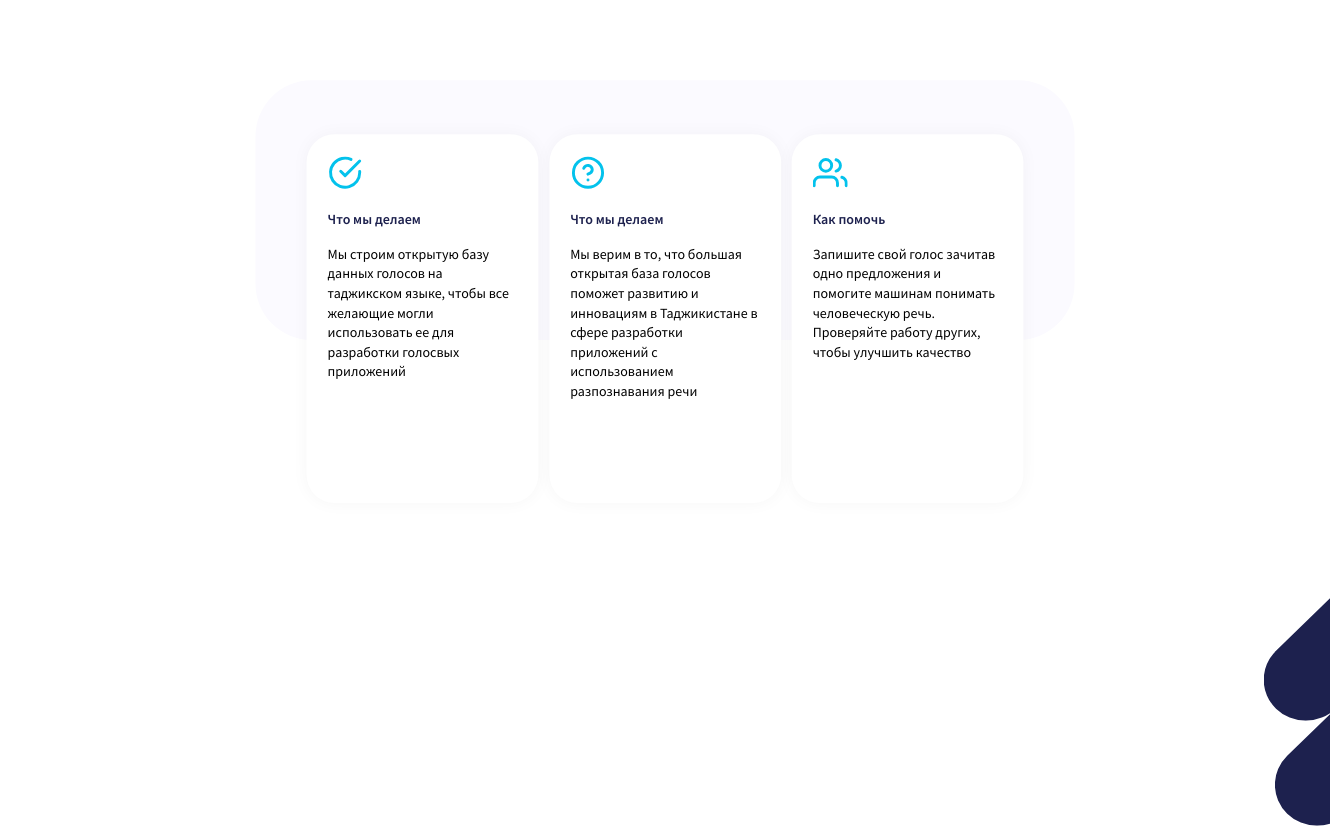
Repository: Amin444/Paymona-Sadp
Page: index.html
These files come from the project's save history. The page is drawn as it stood at one moment and after the next save; the edit follows.
The browser window is 1280 px wide. The page is 1900 px wide, so the pictures cover 1900 px, including what lies to the right of the window. The pictures show the part of the page from y = 884 to 2164 px (the page is 2064 px tall before and 2164 px after), at 70% of full size.

Above is the page before, as saved 2021-11-11 18:00:31.

### index.html
<!DOCTYPE html>
<html lang="en">
<head>
  <meta charset="UTF-8">
  <link rel="stylesheet" href="./style.css">
  <meta http-equiv="X-UA-Compatible" content="IE=edge">
  <meta name="viewport" content="width=device-width, initial-scale=1.0">
  <title>Paymona Sado</title>
</head>
<body>

  <div class="root">

    <div class="container">


        <div class="header">
          <div class="logoBlock">
            <img src="./img/logo.svg" class="logo" alt="">
            <p class='textLogo'>Paymona</p>
          </div>

          <div class="menu">
             <div class="items">Сделайте вклад</div>
             <div class="items">База данных</div>
             <div class="items border">Войти</div>
          </div>

        </div>

         <div class="elips">
           <svg width="120" height="285" viewBox="0 0 120 285" fill="none" xmlns="http://www.w3.org/2000/svg">
             <path d="M285 -1.24577e-05C247.573 -1.08218e-05 210.513 7.37176 175.935 21.6943C141.357 36.0169 109.939 57.0099 83.4745 83.4746C57.0098 109.939 36.0169 141.357 21.6943 175.935C7.37172 210.513 -1.57297e-05 247.573 -1.24577e-05 285L285 285L285 -1.24577e-05Z" fill="#1D214E"/>
           </svg>
         </div>

         <div class="rectangle2">
           <svg width="79" height="365" viewBox="0 0 79 365" fill="none" xmlns="http://www.w3.org/2000/svg">
             <rect width="118.426" height="472.716" rx="59.2128" transform="matrix(0.716507 0.69758 -0.716507 0.69758 18.7041 -24)" fill="#1D214E"/>
           </svg>

         </div>

         <div class="rectangle">
            <svg width="95" height="365" viewBox="0 0 95 365" fill="none" xmlns="http://www.w3.org/2000/svg">
             <rect width="118.426" height="472.716" rx="59.2128" transform="matrix(0.716507 0.69758 -0.716507 0.69758 34.7041 -24)" fill="#1D214E"/>
            </svg>
         </div>

        <div class="title">
           <h1>Овози дастрас</h1>
           <p class="desc">Открытый проект по <blue>обучению</blue> машин понимания <br> речи и текста на таджикском языке</p>
        </div>

        <div class="Listen-and-record">
           <div class="record-block">
              <div class="circles">
                <div class="imgBlock">
                  <img src="./img/Group.svg" class="asd" >
                </div>
              </div>
              <span class="text">Записав свой голос, вы помогаете улучшить систему по распознанию таджикской речи</span>
           </div>

           <hr>

           <div class="record-block">
              <div class="circles">
                <div class='imgBlock'>
                  <img src="./img/Group2.svg" class="asd" >
                </div>
              </div>
              <span class="text"> Послушайте и оцените правильность записанных текстов</span>
           </div>
        </div>

        <div class="how-we-do">
          <div class="bag">
            <div class="visible">
              <img src="./img/check-circle.svg">
              <p class="card-title">Что мы делаем</p>
              <p class="card-text">Мы строим открытую базу данных
                 голосов на таджикском языке,
                 чтобы все желающие могли использовать
                 ее для разработки голосвых приложений</p>
            </div>
            <div class="visible">
              <img src="./img/Group3.svg">
              <p class="card-title">Что мы делаем</p>
              <p class="card-text">Мы верим в то, что большая открытая база
                 голосов поможет развитию и инновациям в Таджикистане
                 в сфере разработки приложений с использованием разпознавания речи</p>
            </div>
            <div class="visible">
              <img src="./img/Group4.svg">
              <p class="card-title">Как помочь</p>
              <p class="card-text">Запишите свой голос зачитав одно
                предложения и помогите машинам понимать человеческую речь.
                 Проверяйте работу других, чтобы улучшить качество</p>
            </div>
          </div>
        </div>

        <div class="ewq">
          <img src="./img/Rectangle.svg" class='qwe'>
          <img src="./img/Rectangle2.svg" class='qwe2'>
          <div class="work-block">
          </div>
        </div>

      </div>
  </div>
</body>
</html>

### style.css
@import url('https://fonts.googleapis.com/css2?family=Source+Sans+Pro:ital,wght@0,200;0,300;0,400;0,600;0,700;0,900;1,200;1,300;1,400;1,600;1,700;1,900&display=swap');

*{
  margin: 0;
  padding: 0;
  border: none;
  outline: none;
  font-family: 'Source Sans Pro', sans-serif;
  font-weight: 500;

}

.root{
  width: 1900px;
  display: flex;
  justify-content: center;
}
.container{
  width: 100%;
}

.header{
  height: 90px;
  padding: 0 40px;
  display: flex;
  align-items: center;
  justify-content: space-between;
}

.textLogo{
  color: #1D214E;
  font-weight: 700;
  font-size: 28px;
  line-height: 35px;
}

.logo{
  width: 40px;
  height: 40px;
}
.logoBlock{
  width:170px;
  display: flex;
  justify-content: space-between;
}
.menu{
  display: flex;
  gap: 40px;
  align-items: center;
  font-weight: 400;
  font-size: 20px;
  line-height:25px;
}
.items{
  cursor: pointer;
}
.border{
  padding: 8px 12px;
  border: 1px solid rgba(73, 222, 255, 1);
  border-radius: 50px;
  font-weight: 600;
}
.title{
  margin-top: 72px;
  display: flex;
  flex-direction: column;
  align-items: center;
}

h1{
  color: rgba(29, 33, 78, 1);
  font-weight: 600;
  font-size: 60px;
  line-height:75px;
  margin-bottom: 20px;
}
.desc{
  font-weight: 400;
  font-size: 32px;
  text-align: center;
}
blue{
  color: rgba(3, 194, 236, 1);
}
.elips{
  position: absolute;
  right: 0;
  top: 198px;
}

.rectangle{
  position: absolute;
  top: 255px
}
.rectangle2{
  position: absolute;
  top: 451px
}

.Listen-and-record{
  margin-top: 150px;
  display: flex;
  justify-content: space-evenly;
}
.record-block{
  display: flex;
  align-items: center;
  flex-direction: column;
}

.circles{
  border-radius: 50%;
  box-shadow: 0px 8px 16px rgba(0, 160, 210, 0.16);
  background-color: #fff;
  width: 230px;
  height: 230px;
}
.imgBlock{
  width: 100%;
  height: 100%;
  display: flex;
  justify-content: center;
  align-items: center;
}
.asd{
  width: 40%;
  height: 40%;
}

.text{
  margin-top: 24px;
  display: block;
  text-align: center;
  width: 496px;
  font-weight: 400;
  font-size: 28px;
}
hr{
  border: 1px solid rgba(234, 243, 252, 1);
  height: 359px;
}

.how-we-do{
  margin-top: 150px;
  display: flex;
  justify-content: center;
  position: relative;
}

.bag{
  position: absolute;
  width: 80vw;
  height: 294px;
  background:#FBFAFF;
  border-radius: 80px;
  display: flex;
  justify-content: space-between;
  padding: 77px 73px 0 73px;
}
.visible{
  width: 271px;
  height:467px;
  box-shadow: 0px 0px 24px rgba(0, 0, 0, 0.04);
  border-radius: 40px;
  background:#fff;
  padding: 30px
}
.card-title{
  margin-top: 24px;
  font-weight: 600;
  font-size: 20px;
  color: rgba(29, 33, 78, 1)
}
.card-text{
  margin-top: 24px;
  font-weight: 400;
  font-size: 20px;
  line-height: 28px;
}
.ewq{
  position: relative;
}
.qwe{
  position: absolute;
  top: 550px;
  right: 0;
  transform: rotate(180deg);
}
.qwe2{
  position: absolute;
  top: 700px;
  right: 0;
  transform: rotate(180deg);
}

### img/logo.svg
<svg width="24" height="24" viewBox="0 0 24 24" fill="none" xmlns="http://www.w3.org/2000/svg">
<path d="M23.2727 11.9119V16.6433C23.2731 16.8543 23.2169 17.0618 23.1094 17.2464C23.0019 17.4309 22.8466 17.5864 22.6582 17.6981L12.3229 23.8128C12.1153 23.9351 11.8758 24 11.6314 24C11.387 24 11.1475 23.9351 10.9399 23.8128L0.616444 17.6943C0.427833 17.5828 0.272261 17.4273 0.164406 17.2428C0.0565516 17.0583 -2.98523e-05 16.8507 1.18183e-08 16.6396V11.9119C-3.13489e-05 11.6902 0.0623511 11.4726 0.180679 11.2816C0.299007 11.0906 0.468973 10.9331 0.672954 10.8255C0.876934 10.7179 1.1075 10.6641 1.34075 10.6696C1.574 10.6752 1.80144 10.7399 1.99949 10.8571L10.9399 16.1535C11.1475 16.2758 11.387 16.3407 11.6314 16.3407C11.8758 16.3407 12.1153 16.2758 12.3229 16.1535L21.2653 10.8571C21.4634 10.7373 21.6918 10.6704 21.9264 10.6636C22.1611 10.6567 22.3934 10.71 22.5989 10.818C22.8043 10.9259 22.9754 11.0845 23.0939 11.277C23.2125 11.4695 23.2743 11.6888 23.2727 11.9119Z" fill="#1D214E"/>
<path d="M10.9383 13.2688L1.76081 7.81102C1.57388 7.69908 1.41986 7.54397 1.31312 7.36018C1.20638 7.17639 1.15039 6.96991 1.15039 6.76C1.15039 6.5501 1.20638 6.34361 1.31312 6.15982C1.41986 5.97603 1.57388 5.82093 1.76081 5.70898L10.9344 0.193005C11.1431 0.0669478 11.3854 0 11.6328 0C11.8802 0 12.1224 0.0669478 12.3312 0.193005L21.5107 5.70898C21.6976 5.82093 21.8516 5.97603 21.9584 6.15982C22.0651 6.34361 22.1211 6.5501 22.1211 6.76C22.1211 6.96991 22.0651 7.17639 21.9584 7.36018C21.8516 7.54397 21.6976 7.69908 21.5107 7.81102L12.3253 13.2688C12.1173 13.3921 11.877 13.4575 11.6318 13.4575C11.3866 13.4575 11.1463 13.3921 10.9383 13.2688Z" fill="#1D214E"/>
</svg>

After the next save:
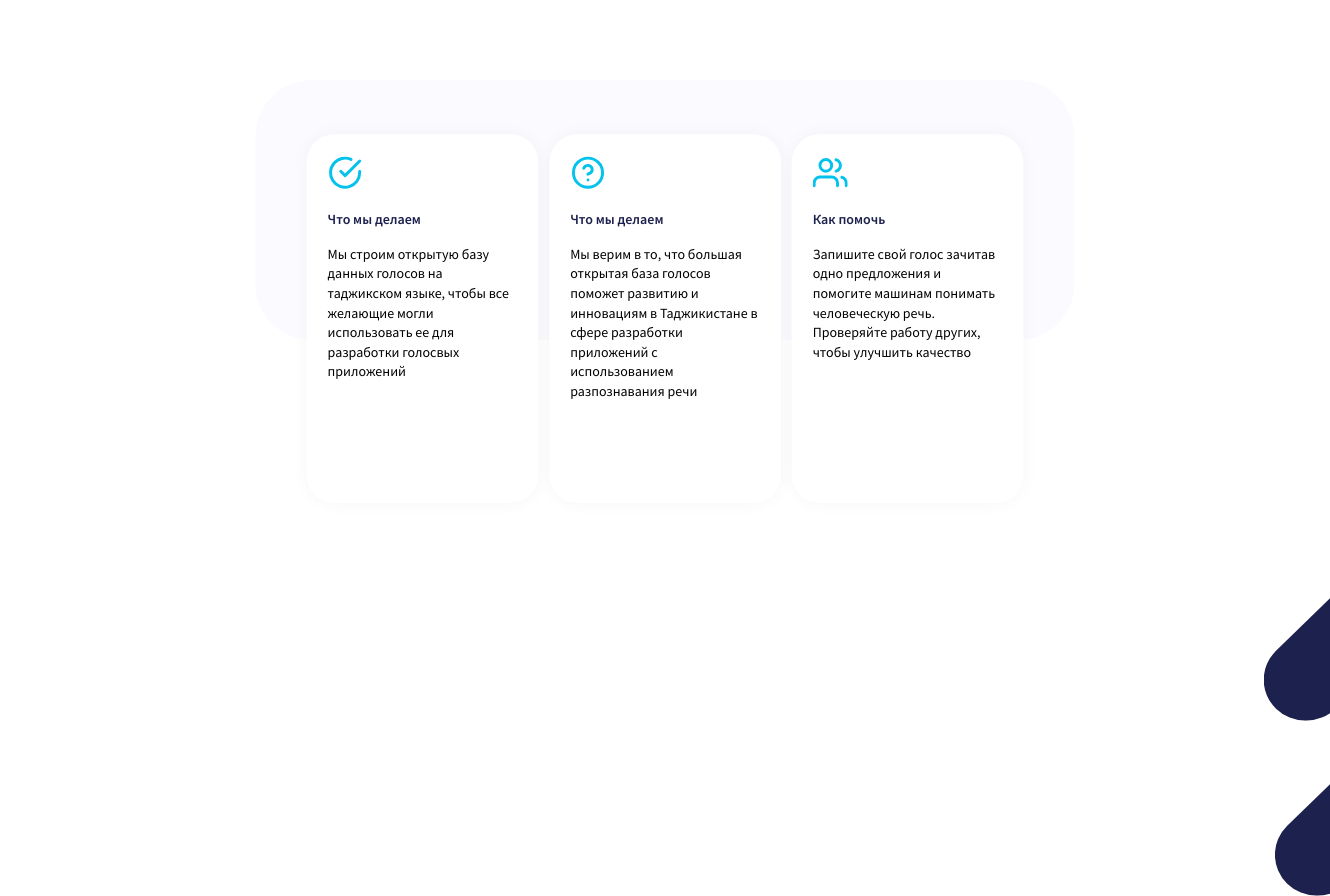
Saved 8 s later.
--- a/style.css
+++ b/style.css
@@ -188,7 +188,7 @@ hr{
 }
 .qwe2{
   position: absolute;
-  top: 700px;
+  top: 800px;
   right: 0;
   transform: rotate(180deg);
 }
